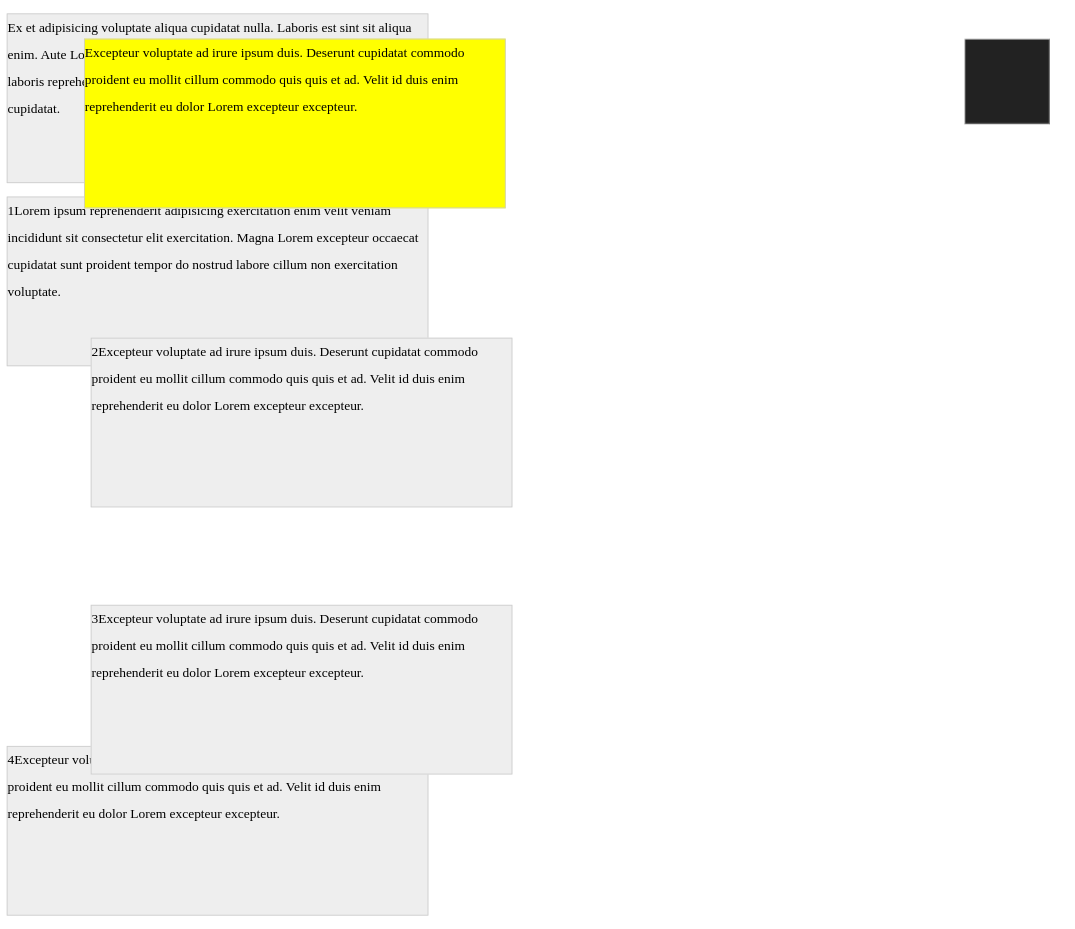
Repository: 753kg/753kg.github.io
Page: KOSTA/webProject/WebContent/doit/08/position-1.html
These files come from the project's save history. The page is drawn as it stood at one moment and after the next save; the edit follows.
The browser window is 1280 px wide. The pictures show the whole page, at 84% of full size.

Above is the page before, as saved 2021-04-01 03:19:08.

### KOSTA/webProject/WebContent/doit/08/position-1.html
<!DOCTYPE html>
<html lang="ko">
<head>
  <meta charset="UTF-8">
  <title>CSS position 속성</title>
  <style>
    p {
      width:500px;
      height:200px;
      background-color:#eee;
      border:1px solid #ccc;
      line-height:2;
    }
    #static {
      position:static; /* default, 위치 조정 불가능 */
    }
    #relative-1{
      position:relative;
    }
    /* 원래 static일때의 위치가 기준???? */
    /* 바로 전 요소가 기준!! */
    #relative-2 {
      position:relative;   /* 포지셔닝 - relative */
      left:100px;  /* 왼쪽에서 100px 떨어지게 */
      top:-50px;   /* 위쪽에서 -50px 떨어지게 (위로 이동) */
    }
    #relative-3 {
      position:relative;   /* 포지셔닝 - relative */
      left:100px;  /* 왼쪽에서 100px 떨어지게 */
      top:50px;
    }
    /* 브라우저 화면을 기준으로 고정 */
    #fixed {
      width:100px;
      height:100px;
      background-color:#222;
      position:fixed;  /* 포지셔닝 - fixed */
      right:30px;  /* 오른쪽에서 30px 떨어지게 */
      top:30px;  /* 위쪽에서 30px 떨어지게 */
    }
    #abs {
      background-color:yellow;
      position: absolute;	/* 부모가 기준 */
      top:30px;
      left:100px;
    }
  </style>
</head>
<body>
   <p id="static">Ex et adipisicing voluptate aliqua cupidatat nulla. Laboris est sint sit aliqua enim. Aute Lorem eu sint aute sunt proident. Do culpa consectetur elit duis laboris reprehenderit incididunt nulla. Pariatur fugiat voluptate ea non amet cupidatat. </p>
   <p id="relative-1">1Lorem ipsum reprehenderit adipisicing exercitation enim velit veniam incididunt sit consectetur elit exercitation. Magna Lorem excepteur occaecat cupidatat sunt proident tempor do nostrud labore cillum non exercitation voluptate. </p>
   <p id="relative-2">2Excepteur voluptate ad irure ipsum duis. Deserunt cupidatat commodo proident eu mollit cillum commodo quis quis et ad. Velit id duis enim reprehenderit eu dolor Lorem excepteur excepteur. </p>
   <p id="relative-3">3Excepteur voluptate ad irure ipsum duis. Deserunt cupidatat commodo proident eu mollit cillum commodo quis quis et ad. Velit id duis enim reprehenderit eu dolor Lorem excepteur excepteur. </p>
   <p id="abs">Excepteur voluptate ad irure ipsum duis. Deserunt cupidatat commodo proident eu mollit cillum commodo quis quis et ad. Velit id duis enim reprehenderit eu dolor Lorem excepteur excepteur. </p>
   <p id="relative-4">4Excepteur voluptate ad irure ipsum duis. Deserunt cupidatat commodo proident eu mollit cillum commodo quis quis et ad. Velit id duis enim reprehenderit eu dolor Lorem excepteur excepteur. </p>
   <p id="fixed"></p>
</body>
</html>

After the next save:
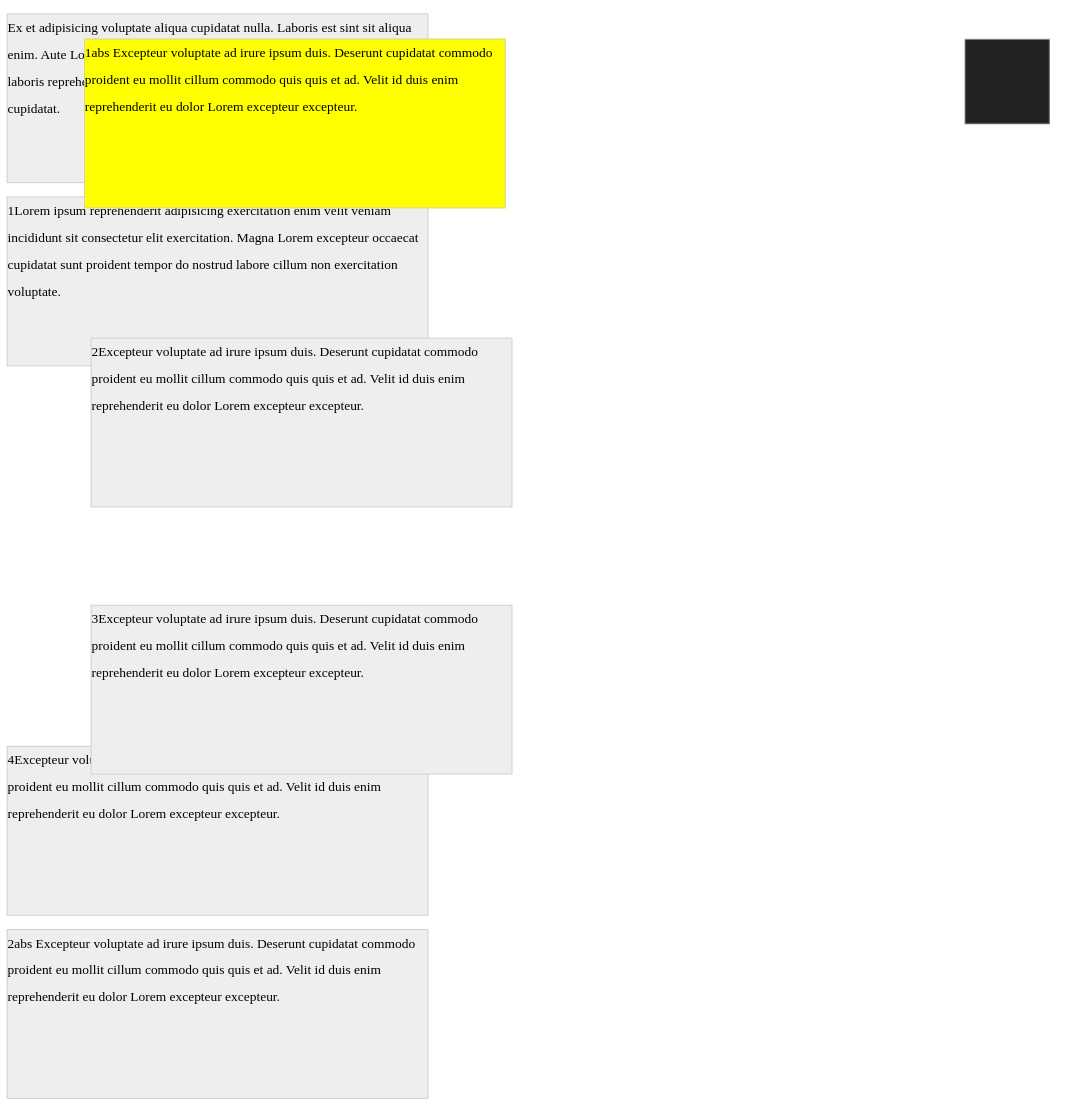
Saved 62 s later.
--- a/KOSTA/webProject/WebContent/doit/08/position-1.html
+++ b/KOSTA/webProject/WebContent/doit/08/position-1.html
@@ -38,7 +38,7 @@
       right:30px;  /* 오른쪽에서 30px 떨어지게 */
       top:30px;  /* 위쪽에서 30px 떨어지게 */
     }
-    #abs {
+    #abs1 {
       background-color:yellow;
       position: absolute;	/* 부모가 기준 */
       top:30px;
@@ -51,8 +51,11 @@
    <p id="relative-1">1Lorem ipsum reprehenderit adipisicing exercitation enim velit veniam incididunt sit consectetur elit exercitation. Magna Lorem excepteur occaecat cupidatat sunt proident tempor do nostrud labore cillum non exercitation voluptate. </p>
    <p id="relative-2">2Excepteur voluptate ad irure ipsum duis. Deserunt cupidatat commodo proident eu mollit cillum commodo quis quis et ad. Velit id duis enim reprehenderit eu dolor Lorem excepteur excepteur. </p>
    <p id="relative-3">3Excepteur voluptate ad irure ipsum duis. Deserunt cupidatat commodo proident eu mollit cillum commodo quis quis et ad. Velit id duis enim reprehenderit eu dolor Lorem excepteur excepteur. </p>
-   <p id="abs">Excepteur voluptate ad irure ipsum duis. Deserunt cupidatat commodo proident eu mollit cillum commodo quis quis et ad. Velit id duis enim reprehenderit eu dolor Lorem excepteur excepteur. </p>
+   <p id="abs1">1abs Excepteur voluptate ad irure ipsum duis. Deserunt cupidatat commodo proident eu mollit cillum commodo quis quis et ad. Velit id duis enim reprehenderit eu dolor Lorem excepteur excepteur. </p>
    <p id="relative-4">4Excepteur voluptate ad irure ipsum duis. Deserunt cupidatat commodo proident eu mollit cillum commodo quis quis et ad. Velit id duis enim reprehenderit eu dolor Lorem excepteur excepteur. </p>
    <p id="fixed"></p>
+   <div>
+   	 <p id="abs2">2abs Excepteur voluptate ad irure ipsum duis. Deserunt cupidatat commodo proident eu mollit cillum commodo quis quis et ad. Velit id duis enim reprehenderit eu dolor Lorem excepteur excepteur. </p>
+   </div>
 </body>
 </html>
